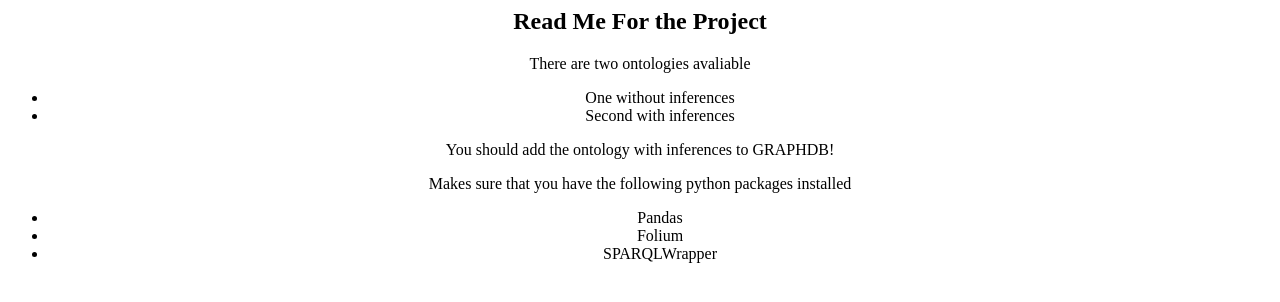
Repository: pawelpiwowarski/Knowledge_and_Data
Page: README.html
The author's editor kept a copy of each file at every save. The page is drawn from the files as they stood at one save, then again after the next save.
The browser window is 1280 px wide. The pictures show the whole page.

Above is the page before, as saved 2022-10-27 22:06:44.

### README.html

<html>
<head>

<title>README</title>
<style>

body { font-family: 'Times New Roman', Times, serif; font-size: 12pt; text-align: center; }
</style>
</head>
<body>
<h2> Read Me For the Project</h2>
<p> There are two ontologies avaliable</p>
<ul>
<li>
One without inferences
</li>
<li>
Second with inferences
</li>
</ul>

<p> You should add the ontology with inferences to GRAPHDB! </p>

<p> Makes sure that you have the following python packages installed<p>

<ul>
<li>
Pandas
</li>
<li>
Folium
</li>
<li>
SPARQLWrapper
</li>
</ul>
</body>
</html>

After the next save:
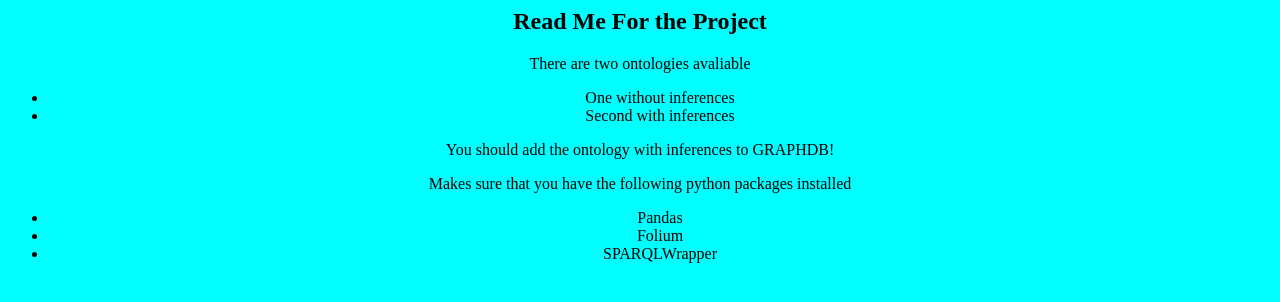
Saved 10 s later.
--- a/README.html
+++ b/README.html
@@ -5,7 +5,7 @@
 <title>README</title>
 <style>
 
-body { font-family: 'Times New Roman', Times, serif; font-size: 12pt; text-align: center; }
+body { font-family: 'Times New Roman', Times, serif; font-size: 12pt; text-align: center; background-color: aqua;}
 </style>
 </head>
 <body>
